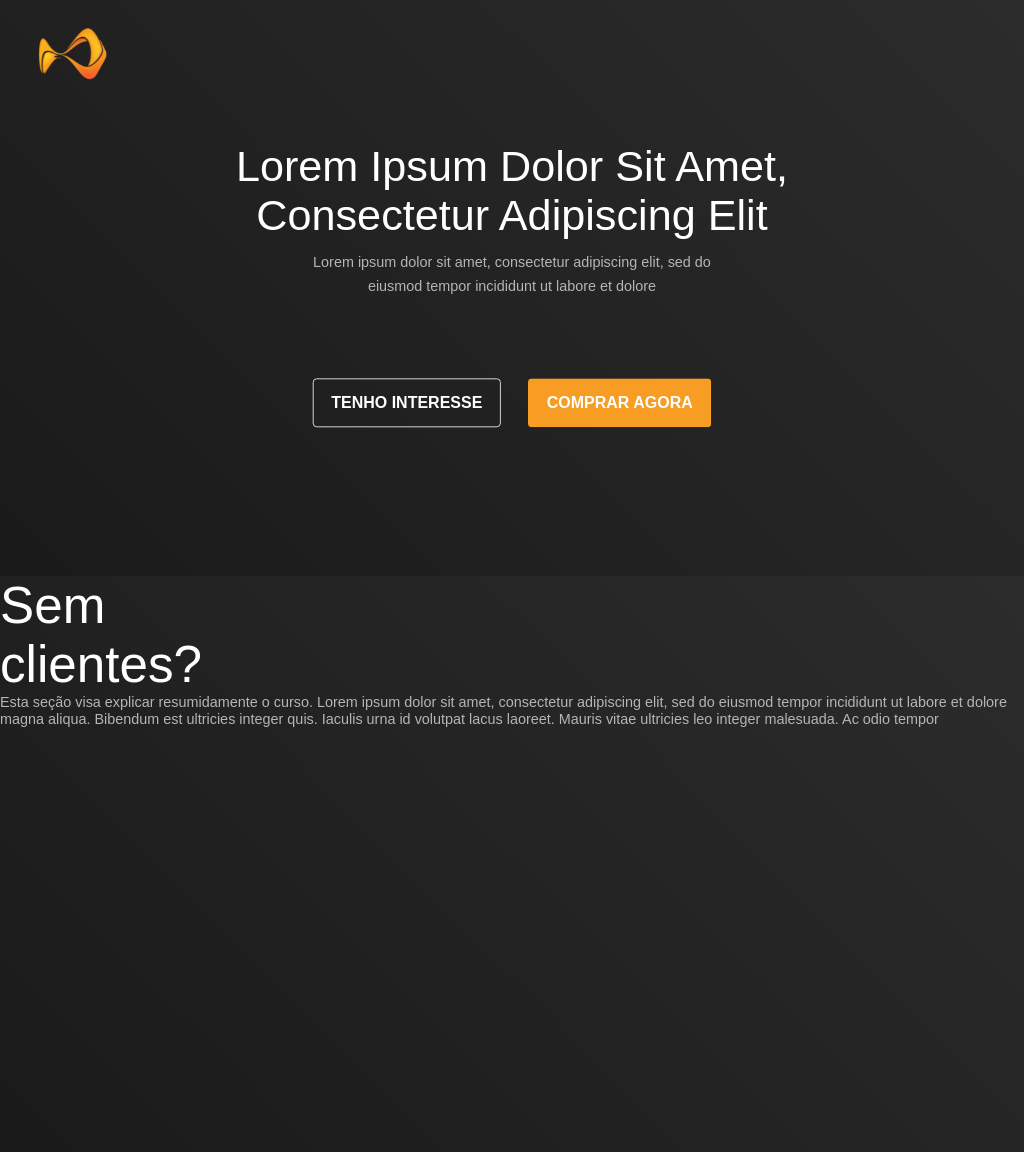
Repository: Rafael-Araujo-dev/Treinamento-Raccoon
Page: Projeto-2/index.html
The author's editor kept a copy of each file at every save. The page is drawn from the files as they stood at one save, then again after a run of saves.
The browser window is 1280 px wide. The pictures show the whole page, at 80% of full size.
Some web fonts or font styles are not loaded; a fallback is used.

Above is the page before, as saved 2021-09-23 07:54:45.

After the next 2 saves:
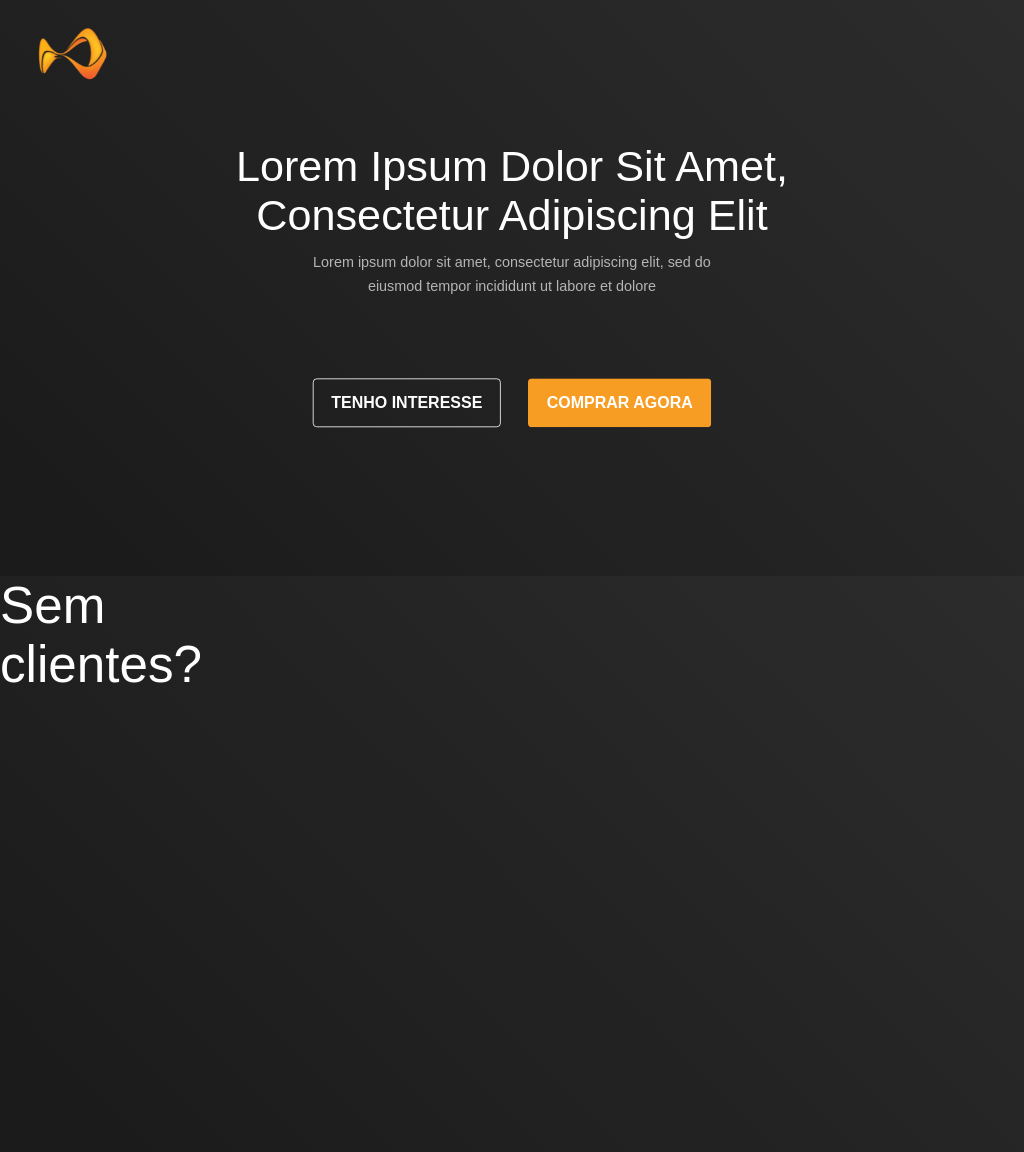
The 2 saves are shown as one change because they came seconds apart.
The last was saved 13 s later.
--- a/Projeto-2/index.html
+++ b/Projeto-2/index.html
@@ -40,7 +40,8 @@
                         Sem<br>clientes?
                     </div>
                     <div class="text">
-                        Esta seção visa explicar resumidamente o curso. Lorem ipsum dolor sit amet, consectetur adipiscing elit, sed do eiusmod tempor incididunt ut labore et dolore magna aliqua. Bibendum est ultricies integer quis. Iaculis urna id volutpat lacus laoreet. Mauris vitae ultricies leo integer malesuada. Ac odio tempor
+                        <sEsta seção visa explicar resumidamente o curso.
+                        Lorem ipsum dolor sit amet, consectetur adipiscing elit, sed do eiusmod tempor incididunt ut labore et dolore magna aliqua. Bibendum est ultricies integer quis. Iaculis urna id volutpat lacus laoreet. Mauris vitae ultricies leo integer malesuada. Ac odio tempor
                     </div>
                 </div>
                 <div class="col l">
